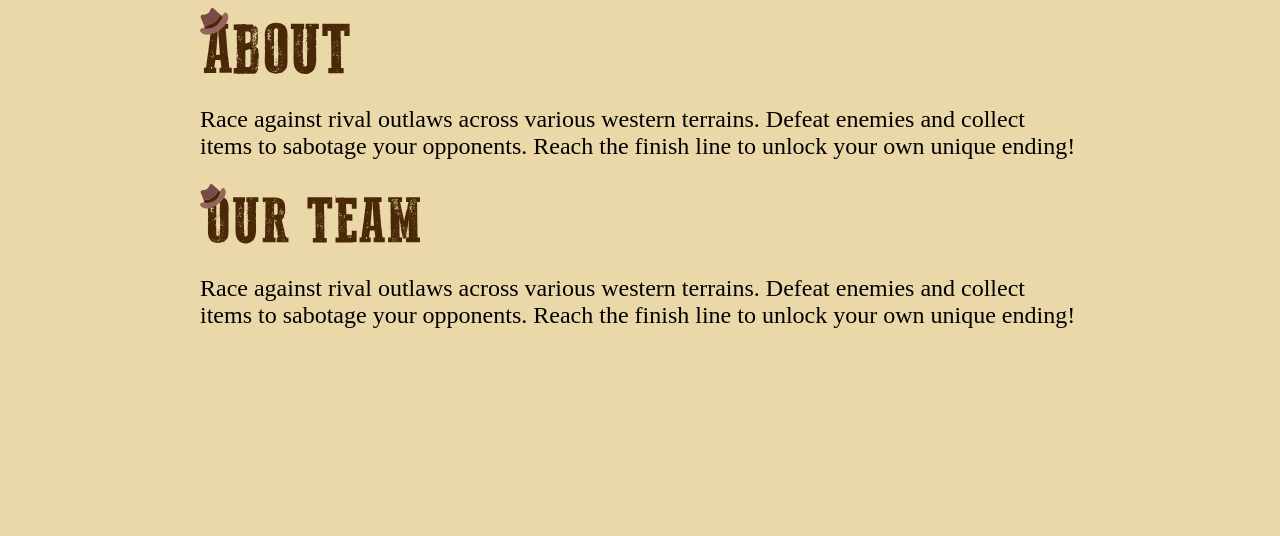
Repository: AlyssaHug/Bandit-Breakout
Page: index.html
These files come from the project's save history. The page is drawn as it stood at one moment and after the next save; the edit follows.
The browser window is 1280 px wide. The pictures show the whole page.
Some web fonts or font styles are not loaded; a fallback is used.

Above is the page before, as saved 2025-05-06 12:22:33.

### index.html
<!DOCTYPE html>
<html lang="en">
    <head>
        <meta charset="UTF-8" />
        <meta
            name="viewport"
            content="width=device-width, initial-scale=1.0" />
        <link
            rel="stylesheet"
            href="styles.css" />
        <title>Bandit Breakout</title>
    </head>
    <body>
        <header></header>
        <main class="main_section">
            <div class="about_section">
                <img class="about_section-heading" src="img/about.svg" alt="about">
                <p class="about_section-text">
                    Race against rival outlaws across various western terrains. Defeat enemies and collect items to sabotage your opponents. Reach the finish line to unlock your own unique ending!
                </p>
            </div>
            <div class="team_section">
                <img class="team_section-heading" src="img/ourteam.svg" alt="team">
                <p class="about_section-text">
                    Race against rival outlaws across various western terrains. Defeat enemies and collect items to sabotage your opponents. Reach the finish line to unlock your own unique ending!
                </p>
            </div>
        </main>
        <footer></footer>
    </body>
</html>

### styles.css
@import url("https://fonts.googleapis.com/css2?family=Wellfleet&display=swap");

@font-face {
    font-family: "Western Bang Bang";
    src: url("fonts/WesternBangBang.ttf") format("truetype");
    font-weight: normal;
    font-style: normal;
}

:root {
    /* Font Families */
    --font-western: "Western Bang Bang", sans-serif;
    --font-wellfleet: "Wellfleet", serif;

    /* Font Sizes */
    --font-size-h1: 48px;
    --font-size-h2: 36px;
    --font-size-h3: 32px;
    --font-size-h4: 24px;
    --font-size-body: 14px;
    --font-size-caption: 11px;
}

html {
    width: 70%;
    margin: 0 auto;
    background-color: #EAD8A9;
}

.about_section-heading {
    width: 150px;
}
.about_section-text {
    font-size: var(--font-size-h4);
    font-family: var(--font-wellfleet);
}

.team_section-heading {
  width: 220px;
}

After the next save:
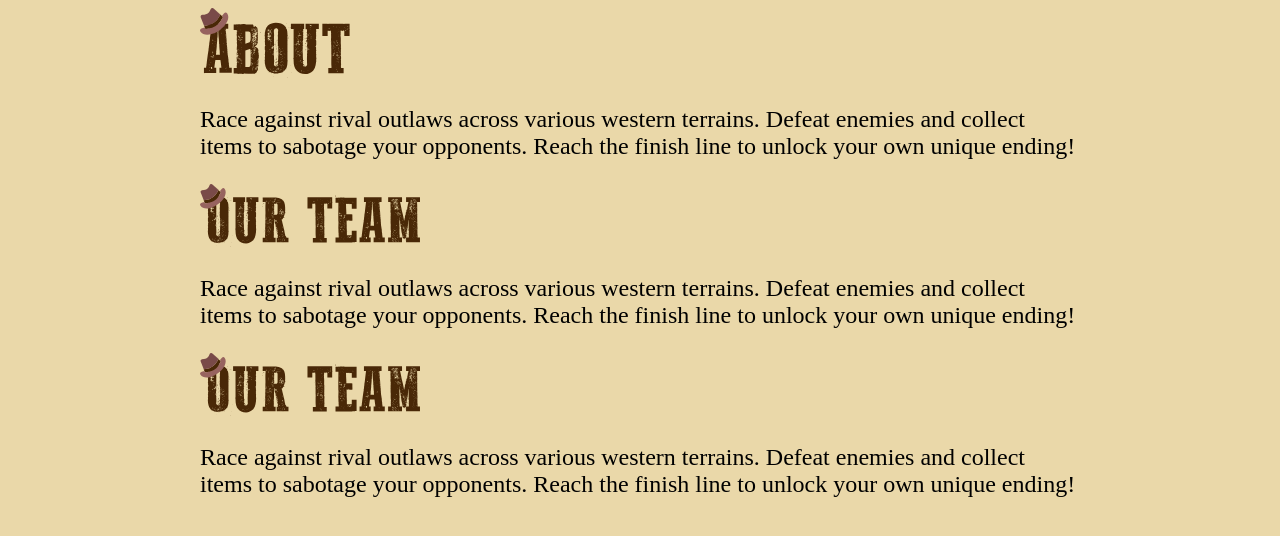
Saved 104 min 16 s later.
--- a/index.html
+++ b/index.html
@@ -25,6 +25,12 @@
                     Race against rival outlaws across various western terrains. Defeat enemies and collect items to sabotage your opponents. Reach the finish line to unlock your own unique ending!
                 </p>
             </div>
+            <div class="team_section">
+                <img class="team_section-heading" src="img/ourteam.svg" alt="team">
+                <p class="about_section-text">
+                    Race against rival outlaws across various western terrains. Defeat enemies and collect items to sabotage your opponents. Reach the finish line to unlock your own unique ending!
+                </p>
+            </div>
         </main>
         <footer></footer>
     </body>
